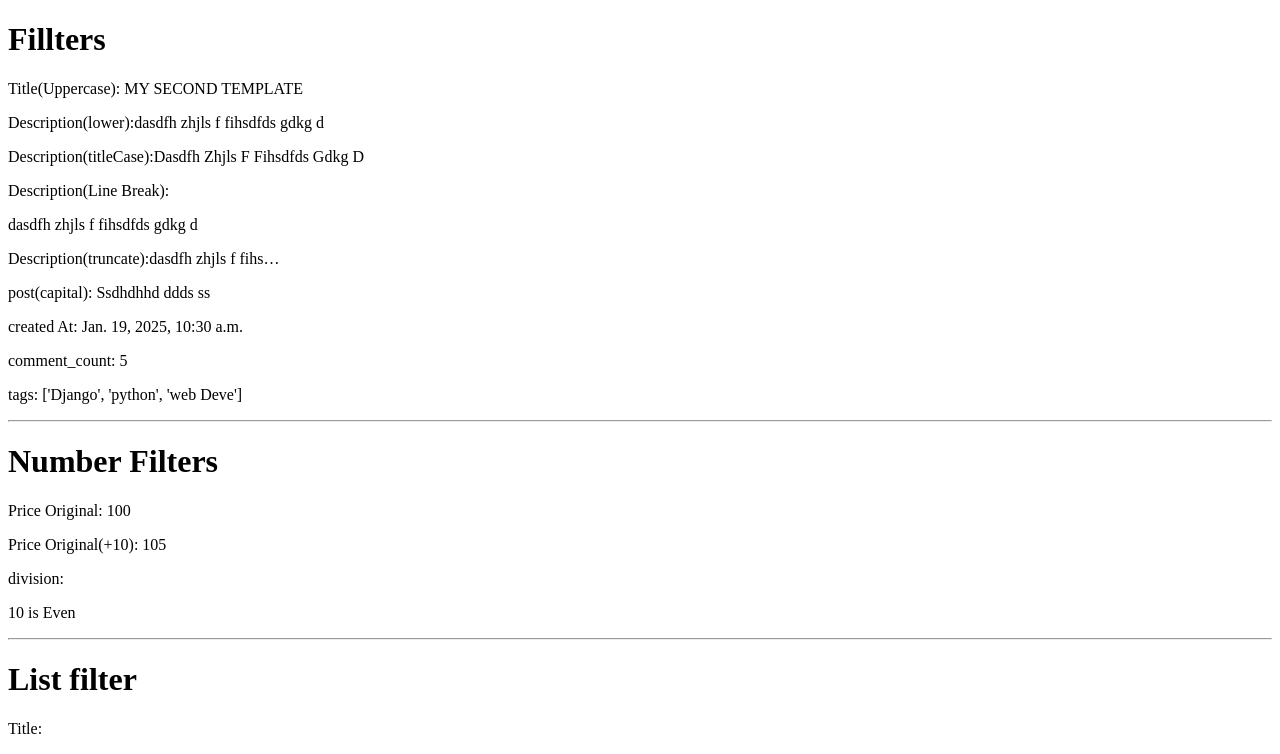
Repository: samratpoudel444/MVT-python
Page: http://localhost/home/
These files come from the project's save history. The page is drawn as it stood at one moment and after the next save; the edit follows.
The browser window is 1280 px wide. The pictures show the whole page.
The page is served by the project's application, run on Django 5.2 (templatesFilters/manage.py). Other server files are loaded and not shown.

Above is the page before, as saved 2025-12-23 14:15:39.

### templatesFilters/blog/templates/blog/home.html
<!DOCTYPE html>
<html lang="en">
<head>
    <meta charset="UTF-8">
    <meta name="viewport" content="width=device-width, initial-scale=1.0">
    <title>Templates #2</title>
</head>
<body>
    <h1>Fillters</h1>
    <p>Title(Uppercase): {{post.title | upper}}</p>
    <p>Description(lower):{{post.description | lower}}</p>
    <p>Description(titleCase):{{post.description | title}}</p>
    <p>Description(Line Break):{{post.description | linebreaks}}</p>
    <p>Description(truncate):{{post.description | truncatechars:20}}</p>
    <p>post(capital): {{post.author | capfirst }}</p>
    <p>created At: {{post.created_at}}</p>
    <p>comment_count: {{post.comment_count}}</p>
    <p>tags: {{post.tags}}</p>

    <hr>

    <h1>Number Filters</h1>
    <p>Price Original: {{post.price}}</p>
    <p>Price Original(+10): {{post.price | add:5}}</p>
    <p>division:</p>
    {% if post.number|divisibleby:2 %}
    <p>{{post.number}} is Even</p>
    {% else %}
    <p>{{post.number}} is odd</p>
        {% endif %}
    <p></p>

    <hr>
    <h1>List filter</h1>
 <p>Title: {{post.tag}}</p>
</body>
</html>

### templatesFilters/blog/views.py
from django.shortcuts import render
from datetime import datetime
# Create your views here.
def blog_details(request):
    post={
        "title":"My second Template",
        "description":"dasdfh zhjls f fihsdfds  gdkg d",
        "author":"ssdhdhhd ddds ss",
        "created_at":datetime(2025,1,19,10,30),
        "comment_count":5,
        "tags":["Django","python","web Deve"],
        "price":100,
        "count":10,
        "number":10
    }
    return render(request, "blog/home.html", {"post":post})

### templatesFilters/templatesFilters/urls.py
"""
URL configuration for templatesFilters project.

The `urlpatterns` list routes URLs to views. For more information please see:
    https://docs.djangoproject.com/en/6.0/topics/http/urls/
Examples:
Function views
    1. Add an import:  from my_app import views
    2. Add a URL to urlpatterns:  path('', views.home, name='home')
Class-based views
    1. Add an import:  from other_app.views import Home
    2. Add a URL to urlpatterns:  path('', Home.as_view(), name='home')
Including another URLconf
    1. Import the include() function: from django.urls import include, path
    2. Add a URL to urlpatterns:  path('blog/', include('blog.urls'))
"""
from django.contrib import admin
from django.urls import path, include

urlpatterns = [
    path('admin/', admin.site.urls),
    path('', include("blog.urls"))
]

### templatesFilters/blog/urls.py
from django.urls import path
from . import views
urlpatterns=[
    path('home/', views.blog_details , name="test")
]

After the next save:
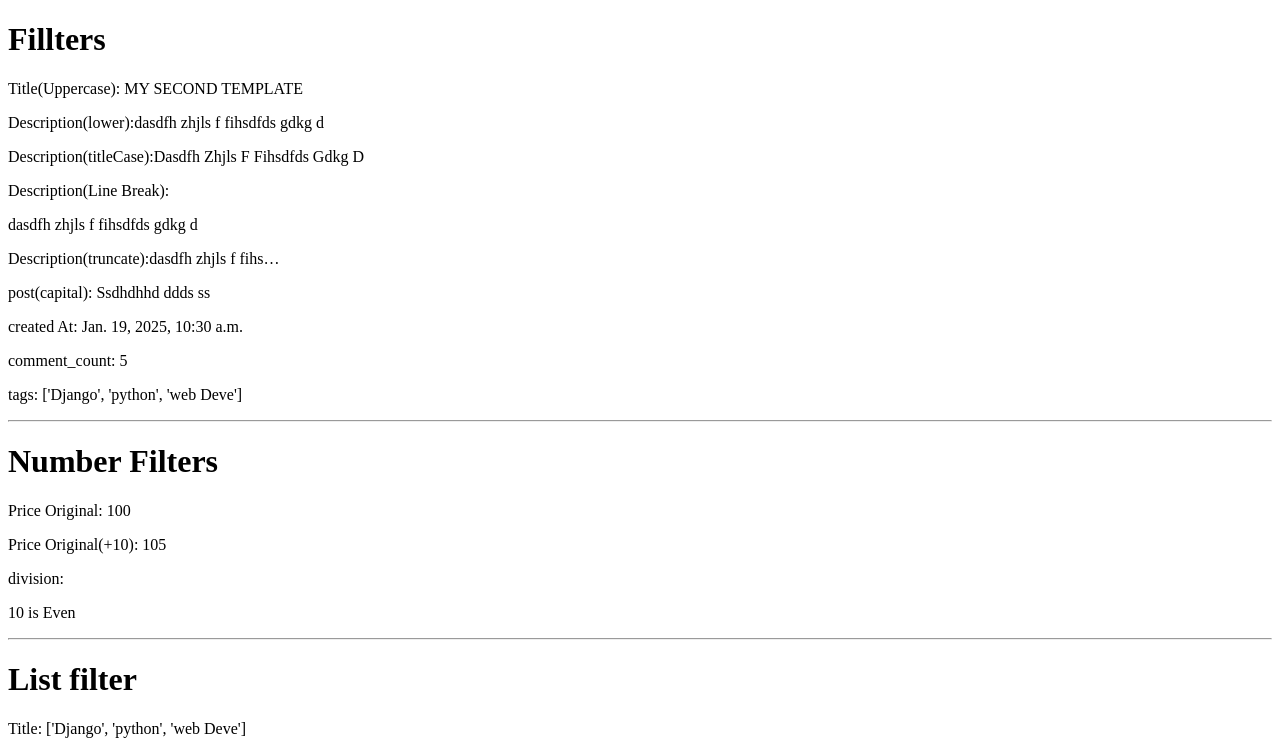
Saved 9 s later.
--- a/templatesFilters/blog/templates/blog/home.html
+++ b/templatesFilters/blog/templates/blog/home.html
@@ -32,6 +32,6 @@
 
     <hr>
     <h1>List filter</h1>
- <p>Title: {{post.tag}}</p>
+ <p>Title: {{post.tags}}</p>
 </body>
 </html>
